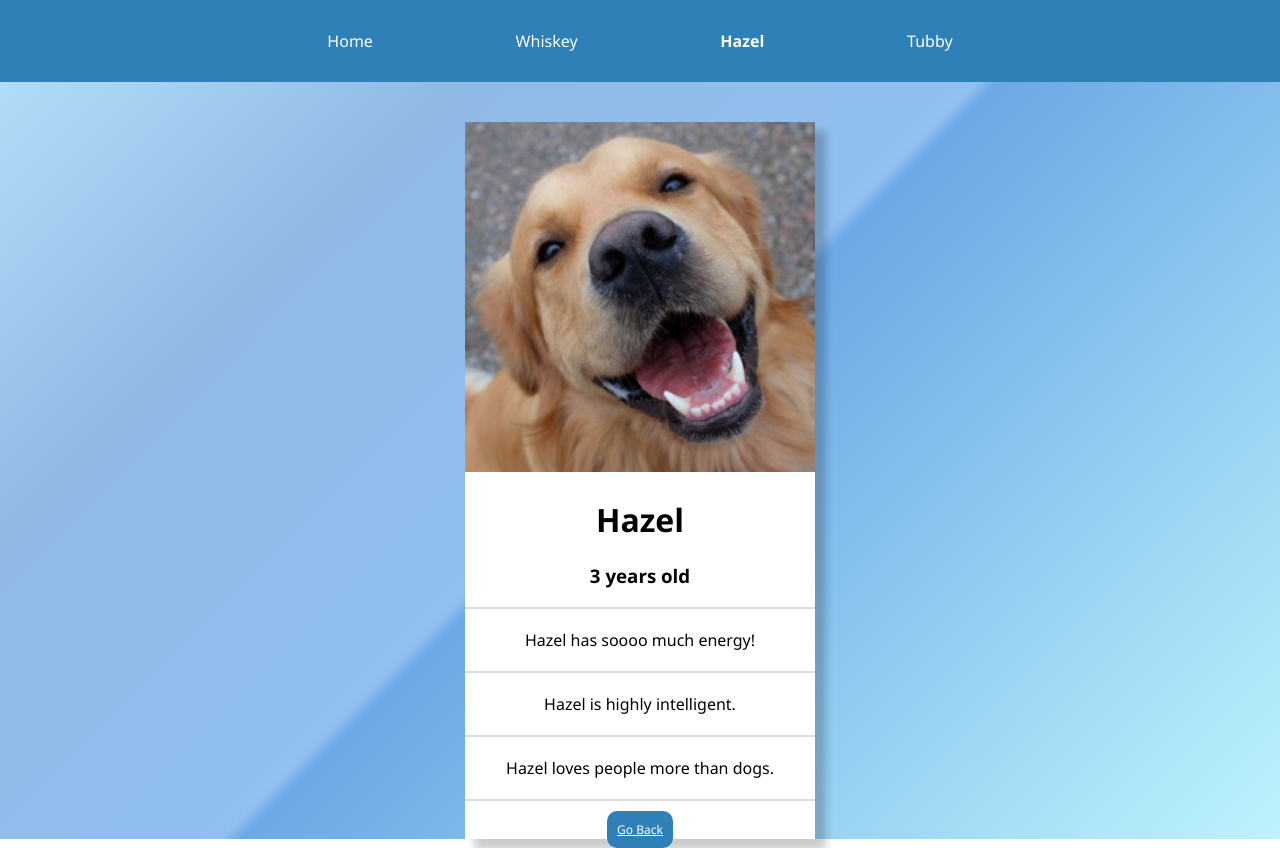
Repository: johnmutina/dog-finder
Page: /dogs/Hazel
An editor plug-in stored every save of this project. The page is shown before and after the next save, followed by the edit.
The browser window is 1280 px wide. The pictures show the whole page.
The project was rebuilt for these pictures with package versions that can differ from the ones it lists, and the page was loaded fresh each time. Also part of the build but not shown: src/DogFinder.css, src/DogFinder.js.

Above is the page before, as saved 2019-07-28 16:29:50.

### src/App.js
import React, { Component } from "react";
import { Switch, Route, NavLink, Redirect } from "react-router-dom";
import DogFinder from "./DogFinder";
import Dog from "./Dog";
import "./App.css";

// Import all images in image folder
function importAll(r) {
  let images = {};
  r.keys().map((item, index) => {
    images[item.replace("./", "")] = r(item);
  });
  return images;
}

const images = importAll(
  require.context("./assets", false, /\.(gif|jpe?g|svg)$/)
);

class App extends Component {
  static defaultProps = {
    dogs: [
      {
        name: "Whiskey",
        age: 5,
        src: images["whiskey.jpg"],
        facts: [
          "Whiskey loves eating popcorn.",
          "Whiskey is a terrible guard dog.",
          "Whiskey wants to cuddle with you!"
        ]
      },
      {
        name: "Hazel",
        age: 3,
        src: images["hazel.jpg"],
        facts: [
          "Hazel has soooo much energy!",
          "Hazel is highly intelligent.",
          "Hazel loves people more than dogs."
        ]
      },
      {
        name: "Tubby",
        age: 4,
        src: images["tubby.jpg"],
        facts: [
          "Tubby is not the brightest dog",
          "Tubby does not like walks or exercise.",
          "Tubby loves eating food."
        ]
      }
    ]
  };

  render() {
    return (
      <div className="App">
        {/* NAVBAR */}
        <div className="App-navbar">
          <NavLink exact to="/dogs" activeClassName="App-active-navlink">
            Home
          </NavLink>
          {this.props.dogs.map(dog => (
            <NavLink
              exact
              key={dog.name}
              to={`/dogs/${dog.name}`}
              activeClassName="App-active-navlink"
            >
              {dog.name}
            </NavLink>
          ))}
        </div>

        {/* ROUTES SETUP */}

        <Switch>
          <Route
            exact
            path="/dogs"
            render={routeProps => (
              <DogFinder dogs={this.props.dogs} {...routeProps} />
            )}
          />
          <Route
            exact
            path="/dogs/:name"
            render={routeProps => (
              <Dog
                {...this.props.dogs.filter(
                  dog => dog.name === routeProps.match.params.name
                )[0]}
                {...routeProps}
              />
            )}
          />
          <Route render={() => <Redirect to="/dogs" />} />
        </Switch>
      </div>
    );
  }
}

export default App;

### src/Dog.js
import React, { Component } from "react";
import { Link } from "react-router-dom";
import "./Dog.css";

class Dog extends Component {
  render() {
    return (
      <div className="Dog">
        <img src={this.props.src} alt={`${this.props.name}`} />
        <h1>{this.props.name}</h1>
        <h3>{this.props.age} years old</h3>
        <ul>
          {this.props.facts.map(fact => (
            <li>{fact}</li>
          ))}
        </ul>
        <Link className="Dog-backbtn" to="/dogs">
          Go Back
        </Link>
      </div>
    );
  }
}

export default Dog;

### src/App.css
* {
  font-family: "Segoe UI", Tahoma, Geneva, Verdana, sans-serif;
}

.App {
  min-height: 100vh;
  text-align: center;
  background: #b8e1fc; /* Old browsers */
  background: -moz-linear-gradient(
    -45deg,
    #b8e1fc 0%,
    #a9d2f3 10%,
    #90bae4 25%,
    #90bcea 37%,
    #90bff0 50%,
    #6ba8e5 51%,
    #a2daf5 83%,
    #bdf3fd 100%
  ); /* FF3.6-15 */
  background: -webkit-linear-gradient(
    -45deg,
    #b8e1fc 0%,
    #a9d2f3 10%,
    #90bae4 25%,
    #90bcea 37%,
    #90bff0 50%,
    #6ba8e5 51%,
    #a2daf5 83%,
    #bdf3fd 100%
  ); /* Chrome10-25,Safari5.1-6 */
  background: linear-gradient(
    135deg,
    #b8e1fc 0%,
    #a9d2f3 10%,
    #90bae4 25%,
    #90bcea 37%,
    #90bff0 50%,
    #6ba8e5 51%,
    #a2daf5 83%,
    #bdf3fd 100%
  ); /* W3C, IE10+, FF16+, Chrome26+, Opera12+, Safari7+ */
  filter: progid:DXImageTransform.Microsoft.gradient( startColorstr='#b8e1fc', endColorstr='#bdf3fd',GradientType=1 ); /* IE6-9 fallback on horizontal gradient */
}
.App-navbar {
  display: flex;
  background-color: #2e80b6;
  justify-content: space-around;
  padding: 30px 20%;
}

.App-navbar > * {
  color: white;
  text-decoration: none;
  text-transform: capitalize;
}

.App-navbar > *:hover {
  text-decoration: underline;
  font-weight: bolder;
}

.App-active-navlink {
  font-weight: bold;
}

### src/Dog.css
.Dog {
  width: 60%;
  max-width: 350px;
  margin: 40px auto 0 auto;
  background: white;
  -webkit-box-shadow: 10px 10px 8px 1px rgba(0, 0, 0, 0.2);
  -moz-box-shadow: 10px 10px 8px 1px rgba(0, 0, 0, 0.2);
  box-shadow: 10px 10px 8px 1px rgba(0, 0, 0, 0.2);
}

.Dog img {
  width: 100%;
}

.Dog ul {
  list-style: none;
  padding-left: 0;
  /* margin: 50px 0; */
  width: 100%;
}

.Dog ul li {
  padding: 20px;
  border-top: 2px solid rgb(220, 220, 220);
}

.Dog ul li:last-child {
  border-bottom: 2px solid rgb(220, 220, 220);
}

.Dog-backbtn {
  padding: 10px;
  background-color: #2e80b6;
  color: white;
  font-size: 12px;
  border: none;
  border-radius: 10px;
  transition: all 0.2s ease-in-out;
}

.Dog-backbtn:hover {
  cursor: pointer;
  background-color: #134e76;
}

Loaded but not shown: public/index.html (common file); src/index.js (common file); src/index.css (common file); src/serviceWorker.js (common file)

After the next save:
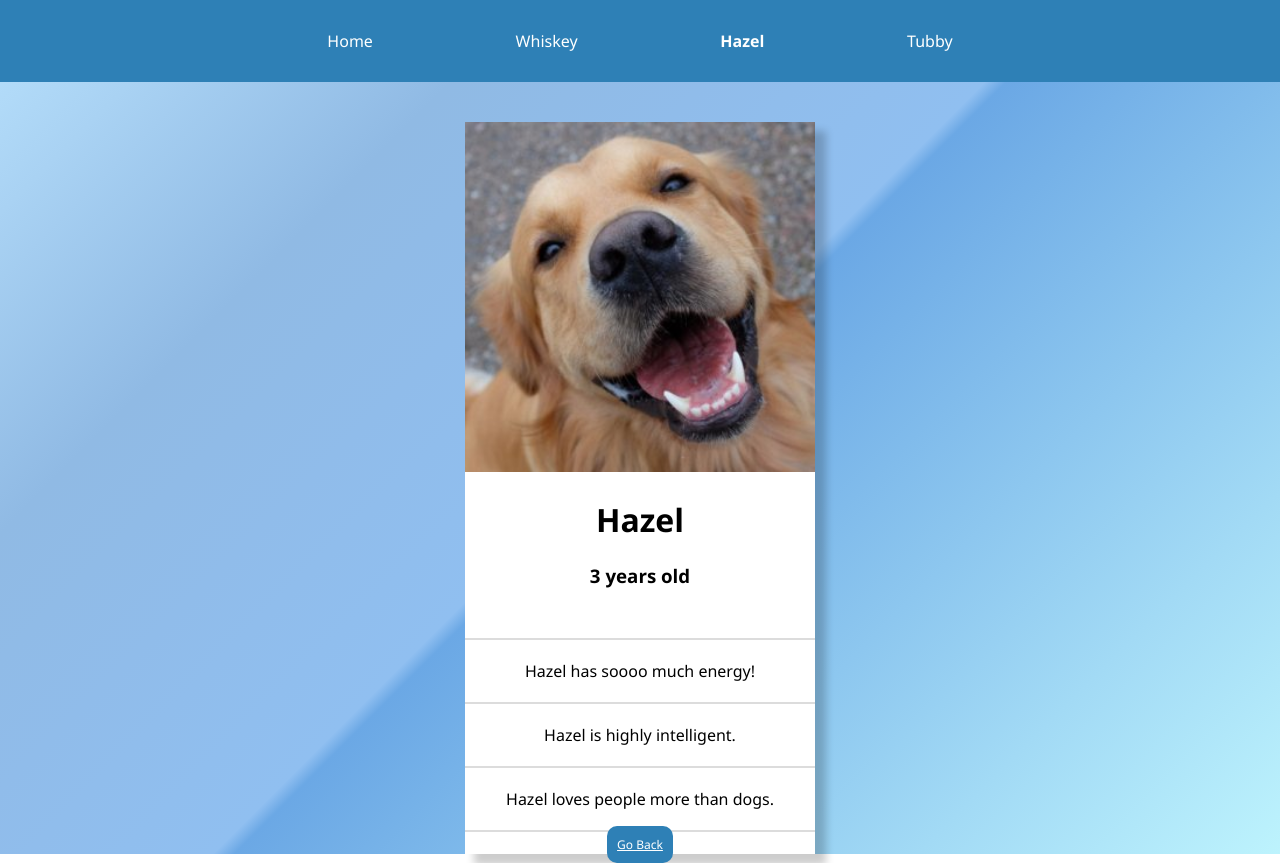
Saved 6 s later.
--- a/src/Dog.css
+++ b/src/Dog.css
@@ -15,7 +15,7 @@
 .Dog ul {
   list-style: none;
   padding-left: 0;
-  /* margin: 50px 0; */
+  margin: 50px 0 0 0;
   width: 100%;
 }
 
